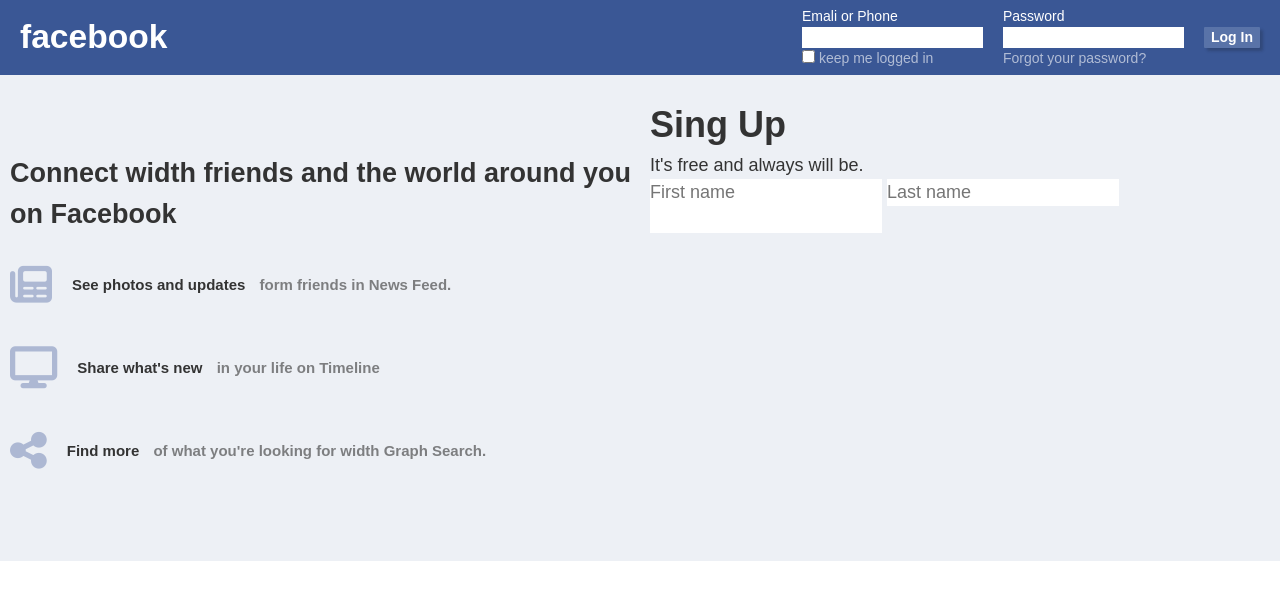
Repository: Mannj-nef/ex-Fb-IViettech
Page: index.html
These files come from the project's save history. The page is drawn as it stood at one moment and after the next save; the edit follows.
The browser window is 1280 px wide. The pictures show the whole page.
Some web libraries are served in a nearby version.

Above is the page before, as saved 2022-03-30 09:57:29.

### index.html
<!DOCTYPE html>
<html lang="en">
  <head>
    <meta charset="UTF-8" />
    <meta http-equiv="X-UA-Compatible" content="IE=edge" />
    <meta name="viewport" content="width=device-width, initial-scale=1.0" />
    <link rel="stylesheet" href="./Asset/css/base.css" />
    <link rel="stylesheet" href="./Asset/css/style.css" />
    <title>Exercise</title>
    <link
      rel="stylesheet"
      href="https://cdnjs.cloudflare.com/ajax/libs/font-awesome/6.1.1/css/all.min.css"
      integrity="sha512-KfkfwYDsLkIlwQp6LFnl8zNdLGxu9YAA1QvwINks4PhcElQSvqcyVLLD9aMhXd13uQjoXtEKNosOWaZqXgel0g=="
      crossorigin="anonymous"
      referrerpolicy="no-referrer"
    />
  </head>
  <body>
    <div class="app">
      <header id="header">
        <div class="header-title">facebook</div>
        <form action="" class="header-login">
          <!-- login-account -->
          <div class="login-account">
            <p class="login-text">Emali or Phone</p>
            <input type="text" class="input-control" />
            <div class="login-acccount_sub">
              <input type="checkbox" />
              <span>keep me logged in</span>
            </div>
          </div>
          <!-- login-password -->
          <div class="login-account">
            <p class="login-text">Password</p>
            <input type="text" class="input-control" />
            <div class="login-acccount_sub">
              <span>Forgot your password?</span>
            </div>
          </div>

          <button class="btn btn-login">Log In</button>
        </form>
      </header>
      <div id="main">
        <div class="main-content">
          <h2 class="main-content-title">
            Connect width friends and the world around you on Facebook
          </h2>
          <div class="main-content-wrapp-fn">
            <div class="main-content__item">
              <div class="icon_wrapper">
                <i class="fa-solid fa-newspaper item-icon"></i>
              </div>
              <p class="main-content__item-decs">
                See photos and updates <span>form friends in News Feed.</span>
              </p>
            </div>
            <div class="main-content__item">
              <div class="icon_wrapper">
                <i class="fa-solid fa-display item-icon"></i>
              </div>
              <p class="main-content__item-decs">
                Share what's new <span>in your life on Timeline</span>
              </p>
            </div>
            <div class="main-content__item">
              <div class="icon_wrapper">
                <i class="fa-solid fa-share-nodes item-icon"></i>
              </div>
              <p class="main-content__item-decs">
                Find more
                <span>of what you're looking for width Graph Search.</span>
              </p>
            </div>
          </div>
        </div>
        <div class="main-sign_up">
          <h2 class="sign-up-title">Sing Up</h2>
          <p class="sign-up-decs">It's free and always will be.</p>
          <form action="" class="form-sign-up">
            <div class="form-name">
              <input type="text" placeholder="First name" />
              <input type="text" placeholder="Last name" />
            </div>
            <input type="email" />
          </form>
        </div>
      </div>
      <footer id="footer"></footer>
    </div>
  </body>
</html>

### Asset/css/base.css
*,
*::before,
*::after {
  box-sizing: border-box;
}
* {
  padding: 0;
  box-sizing: border-box;
  margin: 0;
}

html,
body {
  font-family: Arial, Helvetica, sans-serif;
  height: 100%;
}
body {
  color: var(--text-color);
  line-height: 1.5;
  -webkit-font-smoothing: antialiased;
  -webkit-tap-highlight-color: rgba(0, 0, 0, 0);
}

img,
picture,
video,
canvas,
svg {
  display: block;
  max-width: 100%;
}
input,
button,
textarea,
select {
  font: inherit;
  outline: none;
  border: none;
}
p,
h1,
h2,
h3,
h4,
h5,
h6 {
  overflow-wrap: break-word;
}

:root {
  --primary-color: #3a5795;
  --white-color: #fff;
  --body-color: #edf0f500;
  --text-color: #333;
}

.app {
  /* margin: 0 auto;
  max-width: 1024px; */
  font-size: 62.5%;
}

.btn {
  font-weight: 600;
  cursor: pointer;
  color: var(--white-color);
}

### Asset/css/style.css
#header {
  display: flex;
  align-items: center;
  justify-content: space-between;
  background-color: var(--primary-color);
  color: var(--white-color);
  font-size: 1.4em;
  padding: 6px 20px;
}
.header-title {
  font-size: 2.4em;
  font-weight: 700;
}
.header-login {
  display: flex;
  align-items: center;
  gap: 20px;
  font-weight: 500;
}
.login-acccount_sub > span {
  opacity: 0.6;
}
.btn-login {
  background-color: #5973a8;
  border-radius: 1px;
  padding: 0 7px;
  box-shadow: rgba(17, 17, 17, 0.2) 3px 3px 3px 0;
}
.btn.btn-login {
}

#main {
  padding: 23px 0;
  font-size: 1.5em;
  display: flex;
  justify-content: space-between;
  background-color: #edf0f5;
}
.main-sign_up,
.main-content {
  flex: 1;
}
.main-content {
  padding: 55px 10px;
}
.main-content-title {
  font-size: 1.8em;
}
.main-content-wrapp-fn {
}
.main-content__item {
  margin-top: 20px;
  display: flex;
  align-items: center;
  font-weight: 600;
  gap: 20px;
}
.icon_wrapper {
  font-size: 2.8em;
  color: #adb8d3;
}
.main-content__item-decs span {
  padding-left: 10px;
  opacity: 0.6;
}

.main-sign_up {
  font-size: 18px;
}
.sign-up-title {
  font-size: 2em;
}
.sign-up-decs {
  font-weight: 500;
}

After the next save:
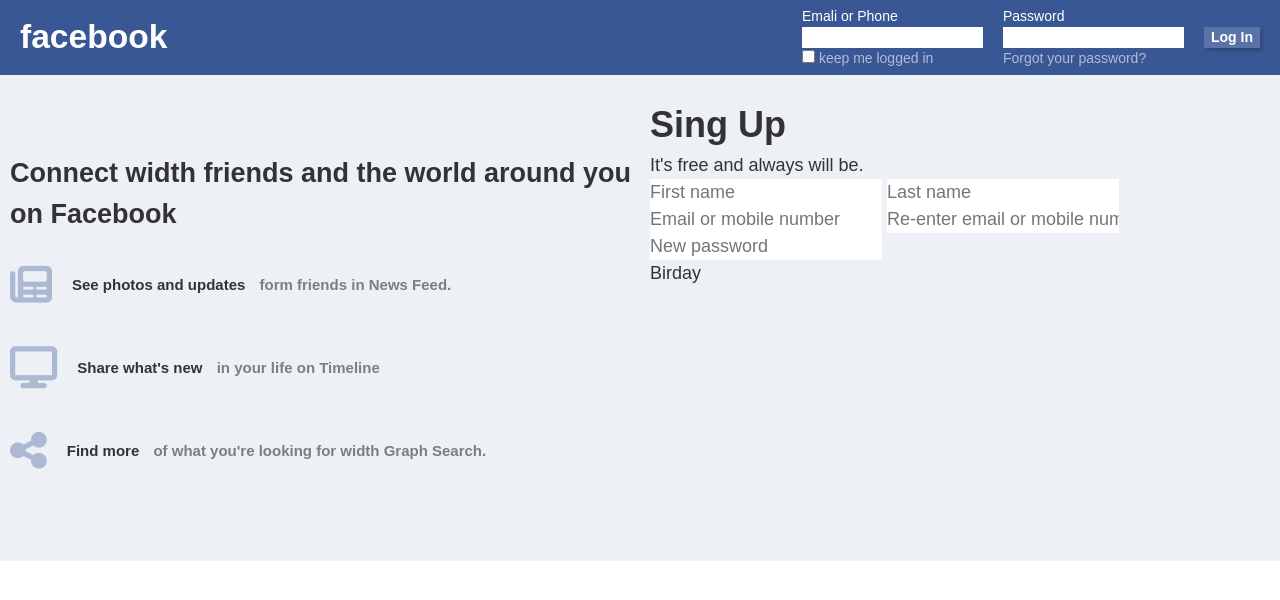
Saved 4 min 6 s later.
--- a/index.html
+++ b/index.html
@@ -79,10 +79,25 @@
           <p class="sign-up-decs">It's free and always will be.</p>
           <form action="" class="form-sign-up">
             <div class="form-name">
-              <input type="text" placeholder="First name" />
-              <input type="text" placeholder="Last name" />
+              <input type="text" class="form-input" placeholder="First name" />
+              <input type="text" class="form-input" placeholder="Last name" />
             </div>
-            <input type="email" />
+            <input
+              type="text"
+              class="form-input"
+              placeholder="Email or mobile number"
+            />
+            <input
+              type="text"
+              class="form-input"
+              placeholder="Re-enter email or mobile number"
+            />
+            <input
+              type="password"
+              class="form-input"
+              placeholder="New password"
+            />
+            <p class="form-bithday-title">Birday</p>
           </form>
         </div>
       </div>
